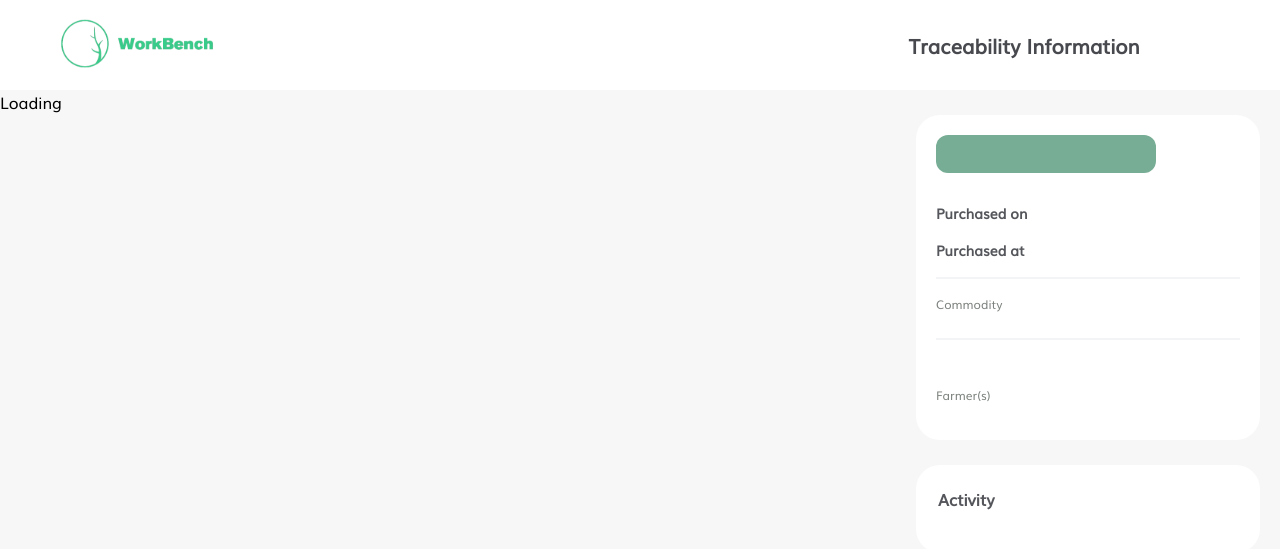
Repository: Hamezry/Traceability-Page
Page: /
The author's editor kept a copy of each file at every save. The page is drawn from the files as they stood at one save, then again after a run of saves.
The browser window is 1280 px wide. The pictures show the whole page.
The page's requests for data from a server got no answer. The project was rebuilt for these pictures with package versions that can differ from the ones it lists, and the page was loaded fresh each time. No one was signed in, and anything a server would have sent is missing.

Above is the page before, as saved 2022-09-20 14:27:57.

### public/index.html
<!DOCTYPE html>
<html lang="en">
  <head>
    <meta charset="utf-8" />
    <meta name="viewport" content="width=device-width, initial-scale=1" />
    <meta name="theme-color" content="#000000" />
    <meta
      name="description"
      content="Web site created using create-react-app"
    />
    <link rel="preconnect" href="https://fonts.googleapis.com">
    <link rel="preconnect" href="https://fonts.gstatic.com" crossorigin>
    <!-- <link href="https://fonts.googleapis.com/css2?family=Mulish:wght@300;400;600&display=swap" rel="stylesheet"> -->
    <title>Traceability page</title>
  </head>
  <body>
    <noscript>You need to enable JavaScript to run this app.</noscript>
    <div id="root"></div>

  </body>
</html>

### src/index.css
@tailwind base;
@tailwind components;
@tailwind utilities;

@font-face {
    font-family: 'Muli';
    src: local('Muli'), url("./fonts/Muli-Regular.ttf") format("truetype");
}


@font-face {
    font-family: 'Muli';
    src: url('./fonts/Muli-Regular.ttf') format("truetype");
}

body {
    font-family: 'Muli' !important;
}

### src/App.js
import React, {useState} from 'react'
import './index.css';
import Navbar from './components/Navbar';
import Information from './components/Information';
import Sidemap from './components/Sidemap';
import { BrowserRouter, Route, Routes } from 'react-router-dom';

function App() {
  const [long, setLong] = useState(0)
  const [lat, setLat] = useState(0)

  return (
    <BrowserRouter>

      <Routes>

          <Route path='/' element={
            <div>
              <Navbar />
              <div className="lg:flex lg:justify-between w-full  lg:h-[calc(100vh-90px)] lg:overflow-y-hidden bg-[#f8f7f7]">
                <Sidemap lat={lat} long={long}/>
                <Information setLat={setLat}  setLong={setLong} />
              </div>

            </div>

          } />

      </Routes>
    </BrowserRouter>
  );
}

export default App;

### src/components/Navbar.js
import React from 'react'
import logo from '../Assets/logo.svg'

const Navbar = () => {
  return (
    <div className='w-full flex  h-[90px] bg-white sticky font-muli  z-30  top-0 items-center'>
      <div className='w-full lg:w-[71%] flex justify-center lg:justify-start'>
        <img src={logo} alt='nav-icon' className='h-[80px] w-[188px] lg:ml-[50px]' />
      </div>

      <div>
        <p className='hidden lg:block  text-[#47494E] font-semibold  text-[20px]'>Traceability Information</p>

      </div>



    </div>
  )
}

export default Navbar

### src/components/Information.js
import React, { useEffect, useState } from 'react'
import image1 from '../Assets/image-2.png'
import purchased from '../Assets/purchase.svg'
import axios from 'axios'
import { useLocation } from 'react-router-dom'



function Information({setLat, setLong}) {

    const [list, setList] = useState([])
    const search = useLocation().search;
    const qr_code = new URLSearchParams(search).get('qr_code')

    useEffect(() => {
        axios.get(`https://wb3test.afexnigeria.com/WB3/api/v1/traceability/info/${qr_code}`)
            .then(res => {
                setList(res.data.data)
                setLat(res.data.data.activities[0].latitude)
                setLong(res.data.data.activities[0].longitude)
                console.log(res.data)
            }).catch(err => {
                console.log(err)
            })
    }, [qr_code, setLat, setLong])


    return (
        <div className='lg:h-full  lg:w-[30%] font-muli lg:overflow-y-auto'>

            <div id="TQC" className=" z-10  top-0 flex lg:flex  flex-col px-[20px]">

                <div className="flex-1 flex bg-white lg:w-[100%] lg:mx-auto lg:mt-[25px] flex-col h-[556px] p-[20px] rounded-3xl">

                    {/*TQC */}
                    <div className='mb-4 border-b-2 border-b-gray-100 '>
                        <div className='bg-[#76AD94] text-white text-center py-2 font-semibold text-[16px] max-w-[220px] h-[38px] mb-[30px] rounded-xl'> <p>{list.qr_code}</p></div>
                        <p className='text-[#54565B] text-[14px] mb-4 font-semibold'>Purchased on <span className='font-normal'>{list.purchased_on}</span></p>
                        <p className=' text-[#54565B] text-[14px] mb-4 font-semibold'>Purchased at <span className='font-normal'>{list.purchased_at}</span></p>

                    </div>

                    <div className='mb-4 border-b-2  border-b-gray-100 '>
                        <p className='text-[#7C827D] text-[12px] mb-[25px] '>Commodity</p>
                        <p className='text-[#47494E] text-[14px] mb-4 font-medium '>{list.commodity}</p>

                    </div>

                    <div className='mt-[30px] mb-4'>

                        <p className='text-[#7C827D] text-[12px]'>Farmer(s)</p>

                        {
                            list?.farmers?.map((item, index) => {
                                return (
                                    <div key={index} className='w-[232px] h-[71px] shadow p-3 flex items-center mt-[20px] rounded-xl'>
                                        <img src={image1} alt='profilepic' />
                                        <p className='text-[#47494E] text-[16px] ml-5  font-medium '>{item.first_name} {item.last_name}<br /> <span className='text-[#707673] text-[12px]'>{item.age} years &nbsp; | &nbsp;  {item.gender}</span></p>
                                    </div>
                                )
                            })
                        }



                    </div>


                </div>



            </div>




            <div id="Activity" className=" top-0 flex lg:flex flex-shrink-0 flex-col px-[20px]">

                <div className="flex-1 flex bg-white lg:w-[100%] lg:mx-auto mt-[25px] mb-5 flex-col  h-[900px] p-[22px] rounded-3xl ">

                    <p className='text-[#54565B] mb-5 font-semibold text-[16px]'>Activity</p>

                    {list?.activities?.map((item, index) =>

                        <div key={index} className='flex justify-between stroke-amber-50 text-[#7C827D] 2xl:px-5 lg:px-0 text-[11px]'>

                            <div className='flex gap-2 xl:gap-2 md:gap-8'>

                                <div className='flex flex-col items-center'>
                                    <img src={purchased} alt='recp' />
                                    <div className='border border-dotted border-[#7C827D] min-h-[100px] max-h-[120px] w-[1px]'></div>

                                </div>
                                <div className='flex flex-col lg:w-[160px] md:w-[270px] w-[130px]' >
                                    <p className='font-semibold mt-2 lg:text-[13px]'>{item.action} </p>
                                    <span className='text-[#7C827D] text-[9px] mt-2 lg:text-[11px]'>{item.description}</span>
                                </div>



                            </div>
                            <p className='text-[#76AD94] text-[9px] mt-2 xl:text-[10px]'> <span>{item.created}</span> </p>

                        </div>
                    )}






                </div>





            </div>


        </div>);
}

export default Information

### src/components/Sidemap.js
import React from 'react'
import GoogleMapReact from 'google-map-react';

import { useJsApiLoader, GoogleMap, Marker } from '@react-google-maps/api';


function Sidemap({ lat, long }) {


  const center = { lat, lng: long }


  const { isLoaded } = useJsApiLoader({
    googleMapsApiKey: process.env.REACT_APP_GOOGLE_MAPS_API_KEY,
  });

  if (!isLoaded) {
    return <h1>Loading</h1>
  }
  return (

    <div class="h-[600px] w-full lg:h-[calc(100vh-90px)] lg:w-[70%]">

      <div className='hidden lg:block p-4 lg:p-0 lg:w-full h-[100%]'>

        <GoogleMapReact
          bootstrapURLKeys={{ key: "AIzaSyC5WziKjQsfMll93PZOEzDQscf-g7PyLaI" }}
          defaultCenter={center}
          defaultZoom={15}
        >
           <Marker position={center}/>

        </GoogleMapReact>
        {/*<GoogleMap
          mapContainerStyle={{width:'100%', height:'100%'}}
          center={center} zoom={15}
          options={{
            zoomControl:false,
            streetViewControl:false,
            mapTypeControl:false,
            fullscreenControl:false,
          }}
          >
            <Marker position={center}/>

        </GoogleMap>*/}

      </div>

      <div className='lg:hidden p-4 lg:p-0 lg:w-full h-[100%]'>
        <GoogleMap
          mapContainerStyle={{ width: '100%', height: '100%', borderRadius: '50px' }}
          center={center} zoom={15}
          options={{
            zoomControl: false,
            streetViewControl: false,
            mapTypeControl: false,
            fullscreenControl: false,
          }}
        >
          <Marker position={center} />

        </GoogleMap>
      </div>


    </div>

  )
}

export default Sidemap

### tailwind.config.js

/** @type {import('tailwindcss').Config} */
module.exports = {
  content: [
    "./src/**/*.{js,jsx,ts,tsx}",
  ],
  theme: {
    extend: {
      fontFamily:{
        'Muli':['Muli', 'san-serif']
      }
    },
  },
  plugins: [],
}

Loaded but not shown: src/index.js (common file)

After the next 2 saves:
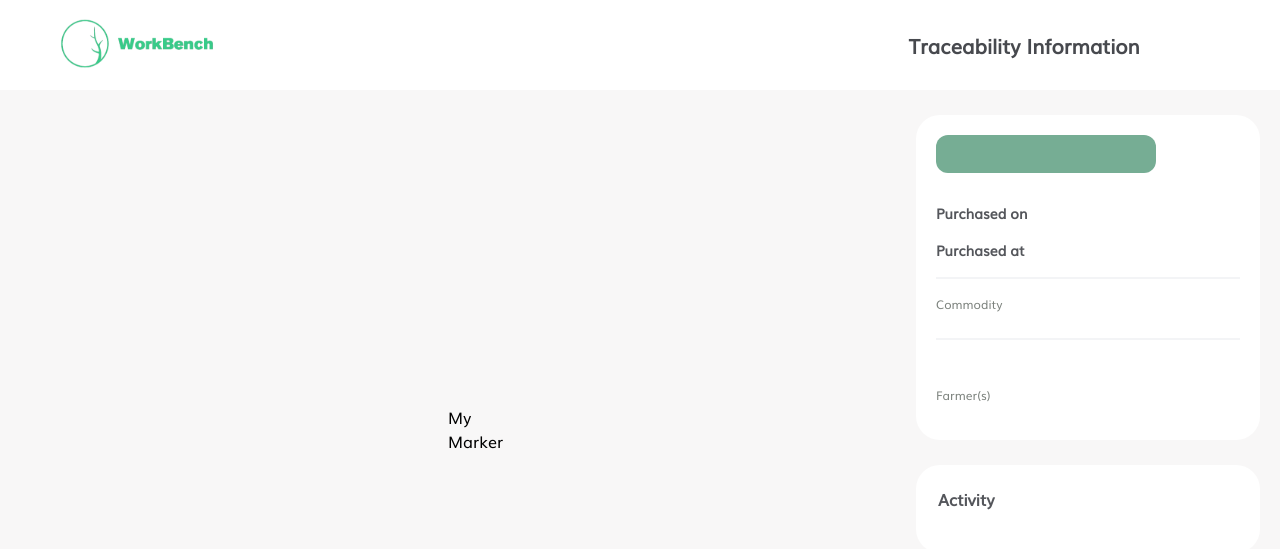
The 2 saves are shown as one change because 1 did not build or start.
The last was saved 2 min 31 s later.
--- a/src/components/Sidemap.js
+++ b/src/components/Sidemap.js
@@ -1,7 +1,7 @@
 import React from 'react'
 import GoogleMapReact from 'google-map-react';
 
-import { useJsApiLoader, GoogleMap, Marker } from '@react-google-maps/api';
+// import { useJsApiLoader, GoogleMap, Marker } from '@react-google-maps/api';
 
 
 function Sidemap({ lat, long }) {
@@ -10,13 +10,13 @@ function Sidemap({ lat, long }) {
   const center = { lat, lng: long }
 
 
-  const { isLoaded } = useJsApiLoader({
-    googleMapsApiKey: process.env.REACT_APP_GOOGLE_MAPS_API_KEY,
-  });
+  // const { isLoaded } = useJsApiLoader({
+  //   googleMapsApiKey: process.env.REACT_APP_GOOGLE_MAPS_API_KEY,
+  // });
 
-  if (!isLoaded) {
-    return <h1>Loading</h1>
-  }
+  // if (!isLoaded) {
+  //   return <h1>Loading</h1>
+  // }
   return (
 
     <div class="h-[600px] w-full lg:h-[calc(100vh-90px)] lg:w-[70%]">
@@ -28,7 +28,8 @@ function Sidemap({ lat, long }) {
           defaultCenter={center}
           defaultZoom={15}
         >
-           <Marker position={center}/>
+           {/* <Marker position={center}/>  */}
+           <div lat={lat} lng={long} >My Marker</div>
 
         </GoogleMapReact>
         {/*<GoogleMap
@@ -48,7 +49,7 @@ function Sidemap({ lat, long }) {
       </div>
 
       <div className='lg:hidden p-4 lg:p-0 lg:w-full h-[100%]'>
-        <GoogleMap
+        {/* <GoogleMap
           mapContainerStyle={{ width: '100%', height: '100%', borderRadius: '50px' }}
           center={center} zoom={15}
           options={{
@@ -60,7 +61,7 @@ function Sidemap({ lat, long }) {
         >
           <Marker position={center} />
 
-        </GoogleMap>
+        </GoogleMap> */}
       </div>
 
 
